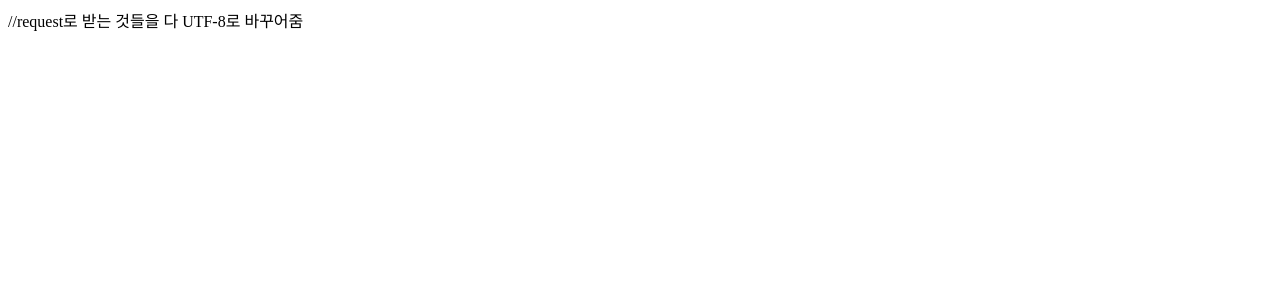
Repository: hanseu9839/BbsJSP
Page: http://localhost/BBS/joinAction.jsp
The author's editor kept a copy of each file at every save. The page is drawn from the files as they stood at one save, then again after the next save.
The browser window is 1280 px wide. The pictures show the whole page.
The page is served by Tomcat 9. Other server files are loaded and not shown.

Above is the page before, as saved 2021-05-02 12:30:46.
Console error: SyntaxError: Unexpected identifier 'back'

### BBS/src/main/webapp/joinAction.jsp
<%@ page language="java" contentType="text/html; charset=UTF-8"
    pageEncoding="UTF-8"%>
    <!-- UTF-8은 요즘 가장 많이 쓰이는 대표적인 형식 (한글,영어) 둘다 지원됨 -->
    <%@ page import="user.UserDAO" %>
    <%@ page import="java.io.PrintWriter" %>
    <% request.setCharacterEncoding("UTF-8"); %> //request로 받는 것들을 다 UTF-8로 바꾸어줌
    <jsp:useBean id="user" class="user.User" scope="page"/>
    <jsp:setProperty name="user" property="userID"/>
    <jsp:setProperty name="user" property="userPassword"/>
     <jsp:setProperty name="user" property="userName"/>
    <jsp:setProperty name="user" property="userGender"/>
     <jsp:setProperty name="user" property="userEmail"/>
<!DOCTYPE html>
<html>
<head>
<meta http-equiv="Content-Type" content="text/html; charset=UTF-8">
<title>JSP 게시판 웹사이트 </title>
</head>
<body>
   <%
   if(user.getUserID() == null || user.getUserPassword()==null || user.getUserName() == null ||
   	  user.getUserGender() == null || user.getUserEmail()==null){
	   PrintWriter script = response.getWriter();
       script.println("<script>");
       script.println("alert('입력이 안 된 사항이 있습니다.')");
       script.println("history back()");
       script.println("</script>");
   } else {
	    UserDAO userDAO = new UserDAO(); //UserDAO객체에서 하나의 userDAO를 만들어준다.
	      int result = userDAO.login(user.getUserID(), user.getUserPassword());
	      if(result==1){
	         PrintWriter script = response.getWriter();
	         script.println("<script>");
	         script.println("location.href = 'main.jsp'");
	         script.println("</script>");
	      }
	      else if(result == 0){
	        	 PrintWriter script = response.getWriter();
	        	 script.println("<script>");
	         	script.println("alert('비밀번호가 틀립니다.')");
	        	 script.println("history.back()");   //이전 페이지로 사용자를 되돌려보낸다.
	         	script.println("</script>");
	      }
  	 }




   %>
</body>
</html>

### BBS/src/main/java/user/User.java
package user;

public class User {
   private String userID;
   private String userPassword;
   private String userName;
   private String userGender;
   public String getUserID() {
      return userID;
   }
   public void setUserID(String userID) {
      this.userID = userID;
   }
   public String getUserPassword() {
      return userPassword;
   }
   public void setUserPassword(String userPassword) {
      this.userPassword = userPassword;
   }
   public String getUserName() {
      return userName;
   }
   public void setUserName(String userName) {
      this.userName = userName;
   }
   public String getUserGender() {
      return userGender;
   }
   public void setUserGender(String userGender) {
      this.userGender = userGender;
   }
   public String getUserEmail() {
      return userEmail;
   }
   public void setUserEmail(String userEmail) {
      this.userEmail = userEmail;
   }
   private String userEmail;

}

After the next save:
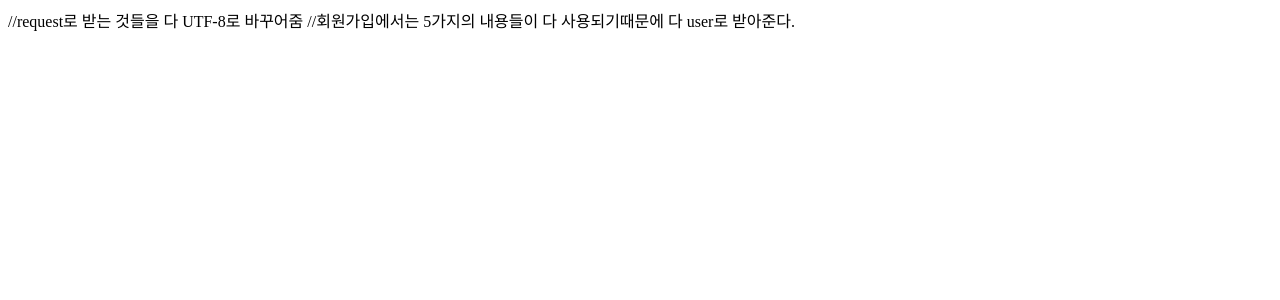
Saved 6 min 15 s later.
--- a/BBS/src/main/webapp/joinAction.jsp
+++ b/BBS/src/main/webapp/joinAction.jsp
@@ -4,7 +4,7 @@
     <%@ page import="user.UserDAO" %>
     <%@ page import="java.io.PrintWriter" %>
     <% request.setCharacterEncoding("UTF-8"); %> //request로 받는 것들을 다 UTF-8로 바꾸어줌
-    <jsp:useBean id="user" class="user.User" scope="page"/>
+    <jsp:useBean id="user" class="user.User" scope="page"/> //회원가입에서는 5가지의 내용들이 다 사용되기때문에 다 user로 받아준다.
     <jsp:setProperty name="user" property="userID"/>
     <jsp:setProperty name="user" property="userPassword"/>
      <jsp:setProperty name="user" property="userName"/>
@@ -27,24 +27,21 @@
        script.println("</script>");
    } else {
 	    UserDAO userDAO = new UserDAO(); //UserDAO객체에서 하나의 userDAO를 만들어준다.
-	      int result = userDAO.login(user.getUserID(), user.getUserPassword());
-	      if(result==1){
+	      int result = userDAO.join(user); //join메서드를 사용하기때문에 userDAO.join이다. user내용을 result에 받는다.
+	      if(result== -1){ //실패하는 경우 이미 있는 아이디일 경우 실패한다.
 	         PrintWriter script = response.getWriter();
 	         script.println("<script>");
-	         script.println("location.href = 'main.jsp'");
+	         script.println("alert('이미 존재하는 아이디입니다.')");
+	         script.println("history.back()"); // 이전페이지로 다시 돌아가는 부분
 	         script.println("</script>");
 	      }
 	      else if(result == 0){
 	        	 PrintWriter script = response.getWriter();
 	        	 script.println("<script>");
-	         	script.println("alert('비밀번호가 틀립니다.')");
-	        	 script.println("history.back()");   //이전 페이지로 사용자를 되돌려보낸다.
+	         	 script.println("location.href = 'main.jsp'");
 	         	script.println("</script>");
-	      }
+	      } //회원가입이 된 경우 로그인 페이지로 이동한다.
   	 }
-
-
-
 
    %>
 </body>
